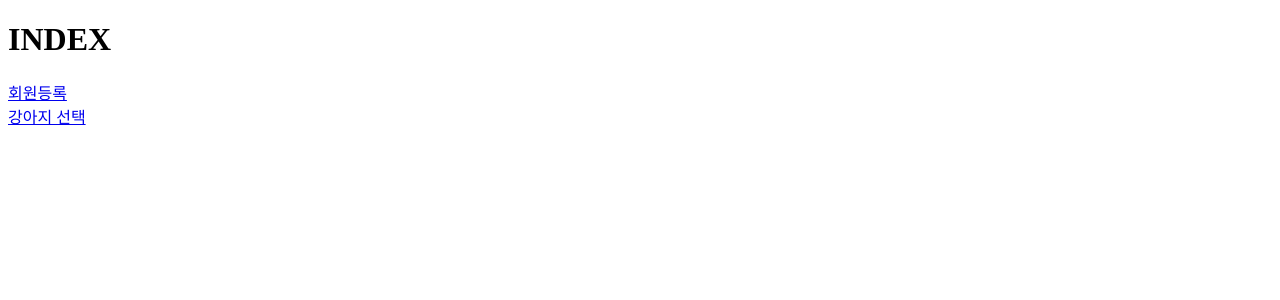
Repository: gitgw016/jsp
Page: 03_servlet_multi_param/src/main/webapp/index.html
The author's editor kept a copy of each file at every save. The page is drawn from the files as they stood at one save, then again after the next save.
The browser window is 1280 px wide. The pictures show the whole page.

Above is the page before, as saved 2021-12-07 06:03:02.

### 03_servlet_multi_param/src/main/webapp/index.html
<!DOCTYPE html>
<html>
<head>
<meta charset="UTF-8">
<title>index.html</title>
</head>
<body>
	<h1>INDEX</h1>
	<a href="memReg.html">회원등록</a><br/>
	<a href="choiceDog.html">강아지 선택</a>
</body>
</html>

After the next save:
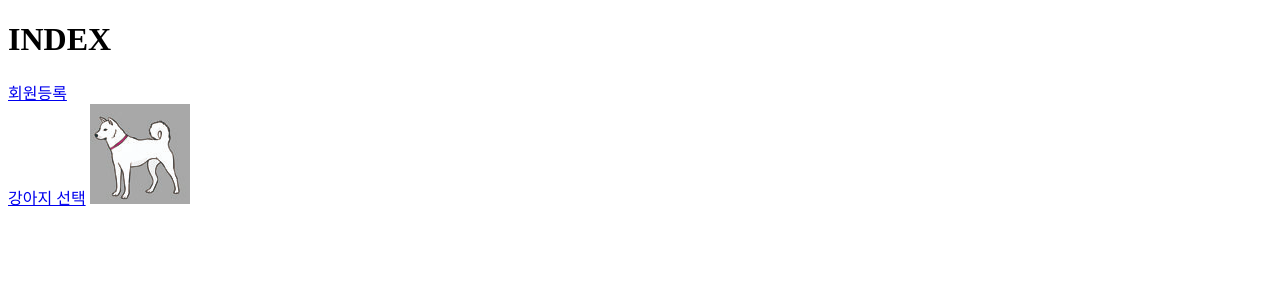
Saved 38 s later.
--- a/03_servlet_multi_param/src/main/webapp/index.html
+++ b/03_servlet_multi_param/src/main/webapp/index.html
@@ -8,5 +8,6 @@
 	<h1>INDEX</h1>
 	<a href="memReg.html">회원등록</a><br/>
 	<a href="choiceDog.html">강아지 선택</a>
+	<img src="images/jin.jpg"/>
 </body>
 </html>
